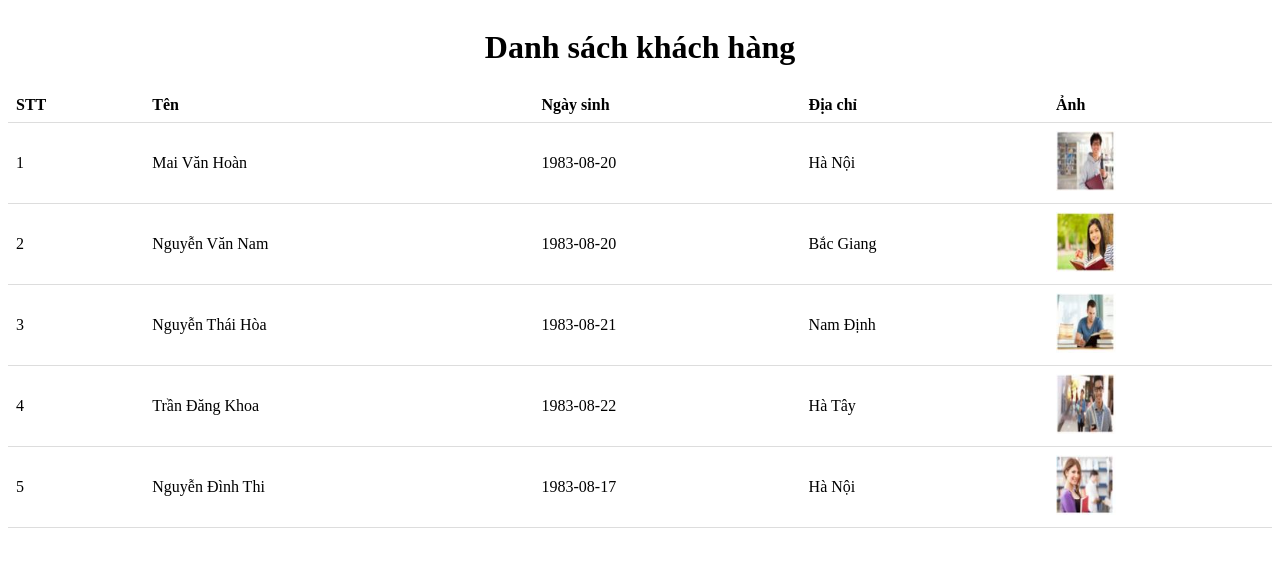
Repository: NGUYEN112/Module2
Page: http://localhost/
These files come from the project's save history. The page is drawn as it stood at one moment and after the next save; the edit follows.
The browser window is 1280 px wide. The pictures show the whole page.
The page is run by PHP 8.4 with error messages shown; the project is at /var/www/html/.

Above is the page before, as saved 2021-01-15 08:40:03.

After the next save:
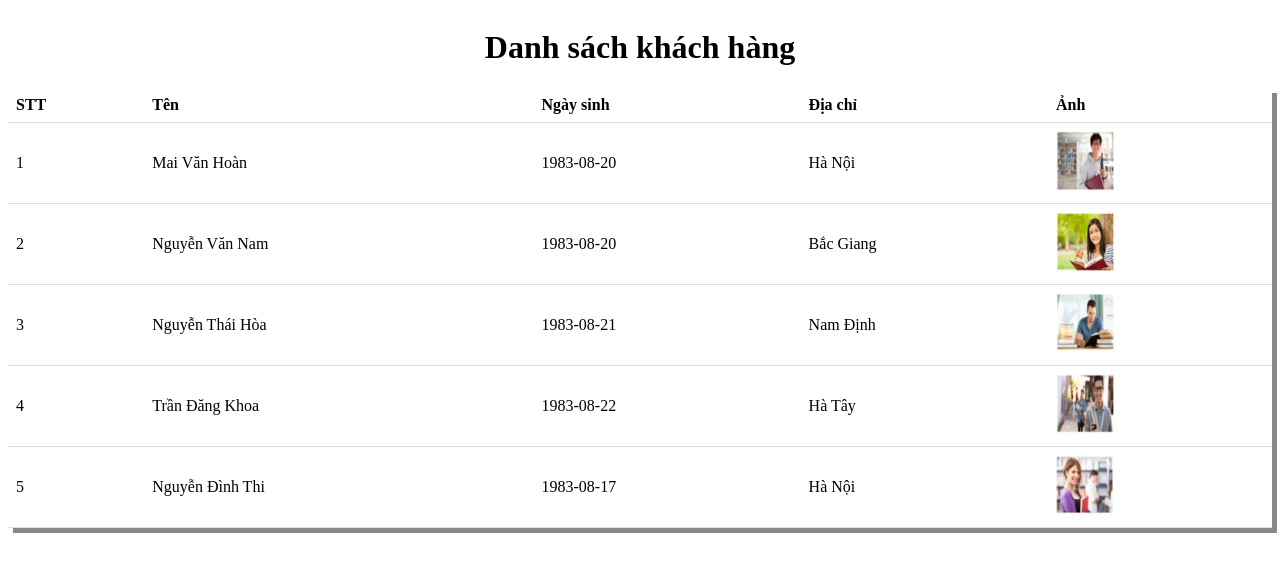
Saved 71 s later.
--- a/bai3-khachhang/index.php
+++ b/bai3-khachhang/index.php
@@ -9,6 +9,7 @@
 table {
     border-collapse: collapse;
     width: 100%;
+    box-shadow: 5px 5px #888888
 }
 th, td {
     padding: 8px;
